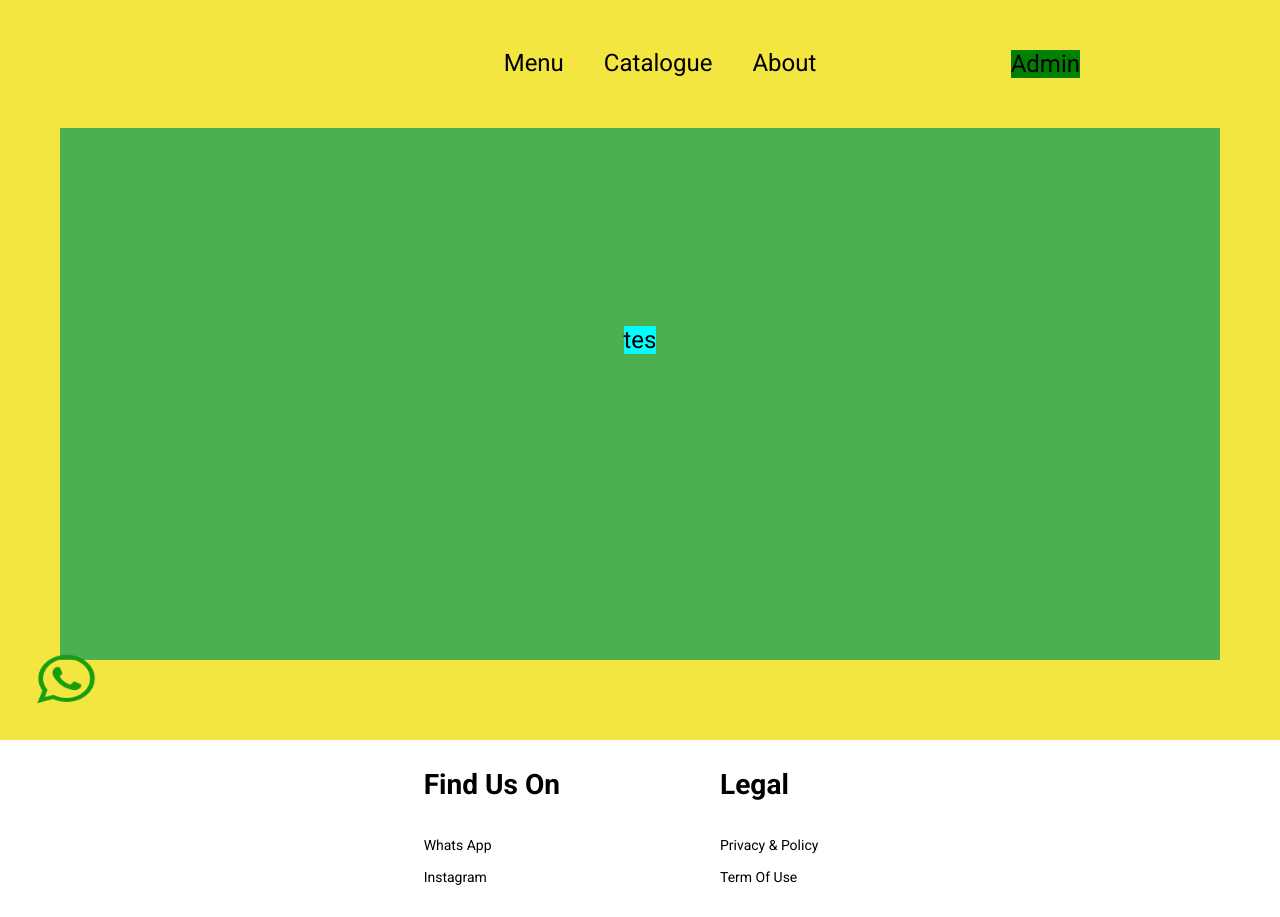
Repository: Fauzaanmhmd/Skripsi
Page: /about
The author's editor kept a copy of each file at every save. The page is drawn from the files as they stood at one save, then again after the next save.
The browser window is 1280 px wide. The pictures show the whole page.
The project was rebuilt for these pictures with package versions that can differ from the ones it lists, and the page was loaded fresh each time. The framework's server and built-in components were replaced by stand-ins that run in the browser. Also part of the build but not shown: next.config.js, components/background.js.

Above is the page before, as saved 2021-06-01 09:32:01.

### pages/about/index.js
import Layout from "../../components/Layout"

export default function About({ recipes }) {
    return (
        <Layout>
            <div className="admin">
                <div className="admin_container">
                    tes
                </div>
            </div>
        </Layout>

    )
}

### styles/globals.css
@import url('https://fonts.googleapis.com/css2?family=Roboto:ital,wght@0,100;0,300;0,400;0,500;0,700;0,900;1,100;1,300;1,400;1,500;1,700;1,900&display=swap');

body {
  background: #F4E640;
  margin: 0;
  font-family: 'Roboto';
  font-size: 1.5em;
}
.layout {
  min-height: 100vh;
  display: flex;
  flex-direction: column;
}
header {
  text-align: center;
}
header a {
  text-decoration: none;
  color: black;
  text-transform: uppercase;
  display: inline-block;
}
header h1, header h2 {
  margin: 0;
}
header span {
  display: block;
  line-height: 1em;
}
header span:first-child {
  font-size: 1em;
  font-weight: 400;
}
header span:last-child {
  font-size: 1.5em;
  font-weight: 800;
}
header h2 {
  font-size: 1.2em;
  font-weight: 400;
}

.page-content {
  max-width: 1200px;
  margin: 20px auto 80px;
  padding: 0 20px;
  width: 100%;
  box-sizing: border-box;
}

ul{
  list-style-type: none;
  display: flex;
}

.ul_foot {
  display: flex;
  flex-direction: column;
  width: 100%;
}

.socmed {
  display: fixed;
  flex-direction: column;
  bottom: 0;
  left: 0;

}

.ul_foot > li {
  border-bottom: none;
}

.ul_foot >li:hover {
  border-bottom: none;
}
li {
  margin: 20px;
  cursor: pointer;
  border-bottom: 2px solid #F4E640;
}
li:hover {
background-color: transparent;
border-bottom: 2px solid black;
}
.navimg{
  position: absolute;
  left: 20px;
}
.zoom:hover {
  -ms-transform: scale(1.5); /* IE 9 */
  -webkit-transform: scale(1.5); /* Safari 3-8 */
  transform: scale(1.5);
  transition: transform .9s;
}

img {
  width: 550px;
  height: 380px;
  margin: 10px 0 0 0;
  padding: 10px 20px 0px 20px;
  display: flex;
  justify-content: center;
  align-items: center;
  position: relative;
  cursor: pointer;
}

img:hover {
  -ms-transform: scale(1.1); /* IE 9 */
  -webkit-transform: scale(1.1); /* Safari 3-8 */
  transform: scale(1.1);
  transition: transform .9s;
}

.image {
  display: grid;
  grid-template-columns: repeat(2,minmax(0,1fr));
  grid-gap: 5rem;
}

.img_product{
  width: 550px;
  height: 380px;
  margin: auto;
  margin-top: 150px;
  padding: 10px 20px 0px 20px;
  display: flex;
  justify-content: center;
  align-items: center;
  position: relative;
  cursor: pointer;
}

.button {
  cursor : pointer;
  margin: 0 30px;
  padding: 0 20px;
  width: 100px;
}

.button {
  cursor: pointer;
  border-bottom-width: 2px;
  background-color: #4CAF50;
  color: white;
  padding: 12px 20px;
  border: none;
  border-radius: 4px;
  cursor: pointer;
  float: center;
}

.img-bg {
  display: flex;
  background-color: white;
  flex-direction: column;
  justify-content: center;
  align-items: center;
  width: 65%;
  height: 150px;
  margin: -30px 130px 40px 130px;
  grid-template-columns: repeat(2,minmax(0,1fr));
}

.zoom-dropdown:hover {
  -ms-transform: scale(1.5); /* IE 9 */
  -webkit-transform: scale(1.5); /* Safari 3-8 */
  transform: scale(1.5);
  transition: transform .9s;
}

.zoom_wrapper {
  margin-top: 120px;
  width: 100%;
  text-align: center;
}

.form_catalogue {
  display: flex;
  background-color: white;
  flex-direction: column;
  justify-content: center;
  align-items: center;
  width: 100%;
  height: auto;
  margin: 20px 130px 140px 0px;
  border-radius: 20px;
}

section {
  background-color: white;
  padding: 1rem 1rem;
  border-radius: 20px;
}
.input-field {
  background:rgba(255,255,255,0.1);
  margin-bottom:10px;
  margin-top:3px;
  line-height:1.5em;
  font-size:20px;
  font-size:1.3rem;
  border:none;
  padding:5px 10px 5px 10px;
  color:black;
  box-sizing:border-box;
  width:100%;
  margin-left:auto;
  margin-right:auto;
}

* {
  box-sizing: border-box;
}

input[type=text], select, textarea {
  width: 100%;
  padding: 12px;
  border: 1px solid #ccc;
  border-radius: 4px;
  resize: vertical;
}

label {
  padding: 12px 12px 12px 0;
  display: inline-block;
}

input[type=submit] {
  background-color: #4CAF50;
  color: white;
  padding: 12px 20px;
  border: none;
  border-radius: 4px;
  cursor: pointer;
  float: right;
}

input[type=submit]:hover {
  background-color: #45a049;
}

.container {
  border-radius: 5px;
  background-color: #f2f2f2;
  padding: 20px;
}

.col-25 {
  float: left;
  width: 25%;
  margin-top: 6px;
}

.col-75 {
  float: left;
  width: 75%;
  margin-top: 6px;
}

/* Clear floats after the columns */
.row:after {
  content: "";
  display: table;
  clear: both;
}

.form {
  text-align: center;
  margin-top: 130px;
}

.form_button {
  border-bottom-width: 2px;
  background-color: #4CAF50;
  color: white;
  padding: 12px 20px;
  border: none;
  border-radius: 4px;
  cursor: pointer;
  float: right;
}

.swal-title {
  margin: 0px;
  font-size: 16px;
  box-shadow: 0px 1px 1px rgba(0, 0, 0, 0.21);
  margin-bottom: 28px;
}


.navbar {
  display: flex;
  justify-content: center;
  padding: 5px 20px;
  align-items: center;
  background-color: #F4E640;
  flex-direction: column-reverse;
  position: fixed;
  z-index: 999;
  width: 100%;
}

/* footer {
  background: white;
  color: black;
  padding: 40px;
  text-align: center;
  display: flex;
  align-items: center;
  width: 100%;
  justify-content: space-around
} */
footer {
  display: flex;
  justify-content: center;
  background-color: white;
}

.footer_inner {
  display: grid;
  grid-template-columns: repeat(2, minmax(0, 1fr));
  grid-gap: 10rem;
}

.footer_list{
  display: flex;
  flex-direction: column;
  padding-left: 0;
}

.footer_listItem {
  margin: .5rem 0;
  font-size: 14px;
  border-bottom: none;
}

.footer_list a {
  text-decoration: none;
  color: black;
}
.icon_wa {
  position: fixed;
  z-index: 99999;
  bottom: 16px;
  left: 16px;
}

.icon_waImg {
  height: 60px;
  width: 100px;
  background-color: transparent;
}

.content a {
  background-color: #45a049;
  padding: 10px 20px;
  border-radius: 30px;
  color: black;
  text-decoration: none;
  width: fit-content;
}

.content {
  float: left;
  padding: 10px;
  text-decoration: none;
}

.socmed a {
  margin: 10px;
}

.modal {
  display: flex;
  justify-content: center;
  align-items: center;
  position: fixed;
  top: 0;
  right: 0;
  bottom: 0;
  background-color: #0000009c;
  left: 0;
  z-index: 1000;
}

.modal_container{
  width: 500px;
  height: 100px;
  padding-left: -5px;
  background-color: white;
  border-radius: 6px;
  position: relative;
  text-align: center;
  padding-top: 15px;
  padding-right: 60px;
  font-size: 22px;
}

.button_click {
  position: absolute;
  top: 1rem;
  right: 2rem;
  cursor: pointer;
}

.fa-check-square:before {
  position: relative;
  right: 0;
  content: "\f14a";
  font-size: 60px;
  color: #45a049;
}

.background {
  display: flex;
  padding: 20px 20px;
}

.background_judul {
  display: flex;
  justify-content: center;
  align-items: center;
  width: 50%;
}

.bg_img {
  margin-top: 100px;
  width: 99vw;
  position: relative;
}

.bg_text {
  background-color: transparent;
}

@media screen and (max-width: 765px) {
  .image {
    grid-template-columns: repeat(1,minmax(0,1fr));
    grid-gap: 5rem;
  }
  .footer_inner {
  grid-template-columns: repeat(1, minmax(0, 1fr));
  grid-gap: 10rem;
  }

  .img {
    width: 225px;
    height: 190px;
  }

  .image_wrapper {
    display: flex;
    align-items: center;
    justify-content: center;
    flex-direction: column;
  }

  .bg_img {
    width: 100vw;
    height: auto;
    display: flex;
    align-items: center;
    justify-content: center;
  }
}

.admin {
  display: flex;
  justify-content: center;
  align-items: center;
  width: 100%;
  height: 50vw;
  background-color: #4CAF50;
}

.admin_container {
  background-color: aqua;
}

.navbar_admin {
  position: absolute;
  background-color: green;
  right: 200px;
}

### components/Layout.js
import Link from 'next/link'
import Navbar from './Navbar'
import Background from './background'

export default function Layout({ children, withBackground, judul }) {

  return (
    <div className="layout">
      <header>
        <Navbar />
      </header>

      {
        withBackground &&
        <>
          <Background />
          {
            judul
          }
        </>
      }

      <div className="page-content">
        {children}
      </div>

      <footer>
        <div className="footer_inner">
          <div className="footer_item">
            <h3>Find Us On</h3>
            <ul className="footer_list">
              <a target="blank" href="https://wa.link/74wpl7">
                <li className="footer_listItem">Whats App</li>
              </a>
              <a target="blank" href="http://www.instagram.com/fauzaan.mhmd/">
                <li className="footer_listItem">Instagram</li>
              </a>
            </ul>
          </div>
          <div className="footer_item">
            <h3>Legal</h3>
            <ul className="footer_list">
              <Link href={`/catalogue/privacypolicy`}>
                <li className="footer_listItem">Privacy & Policy</li>
              </Link>
              <Link href={`/catalogue/termofuse`}>
                <li className="footer_listItem">Term Of Use</li>
              </Link>
            </ul>
          </div>
        </div>
        <div className="icon_wa">
          <a target="blank" href="https://wa.link/74wpl7">
            <img className="icon_waImg" src="/img/wa.png" alt="" />
          </a>
        </div>
      </footer>
    </div >
  )
}

### components/Navbar.js
import Link from 'next/link'

const Navbar = props => {
    return (
        <div className="navbar">
            <ul className="navbar_menu">
                <Link href="/">
                    <li className="zoom">Menu</li>
                </Link>
                <Link href="/catalogue">
                    <li className="zoom-dropdown">Catalogue</li>
                </Link>
                <Link href="/about">
                    <li className="zoom">About</li>
                </Link>
            </ul>
            <div className="navbar_admin">Admin</div>
        </div>
    )
}

export default Navbar

Loaded but not shown: pages/_app.js (common file)

After the next save:
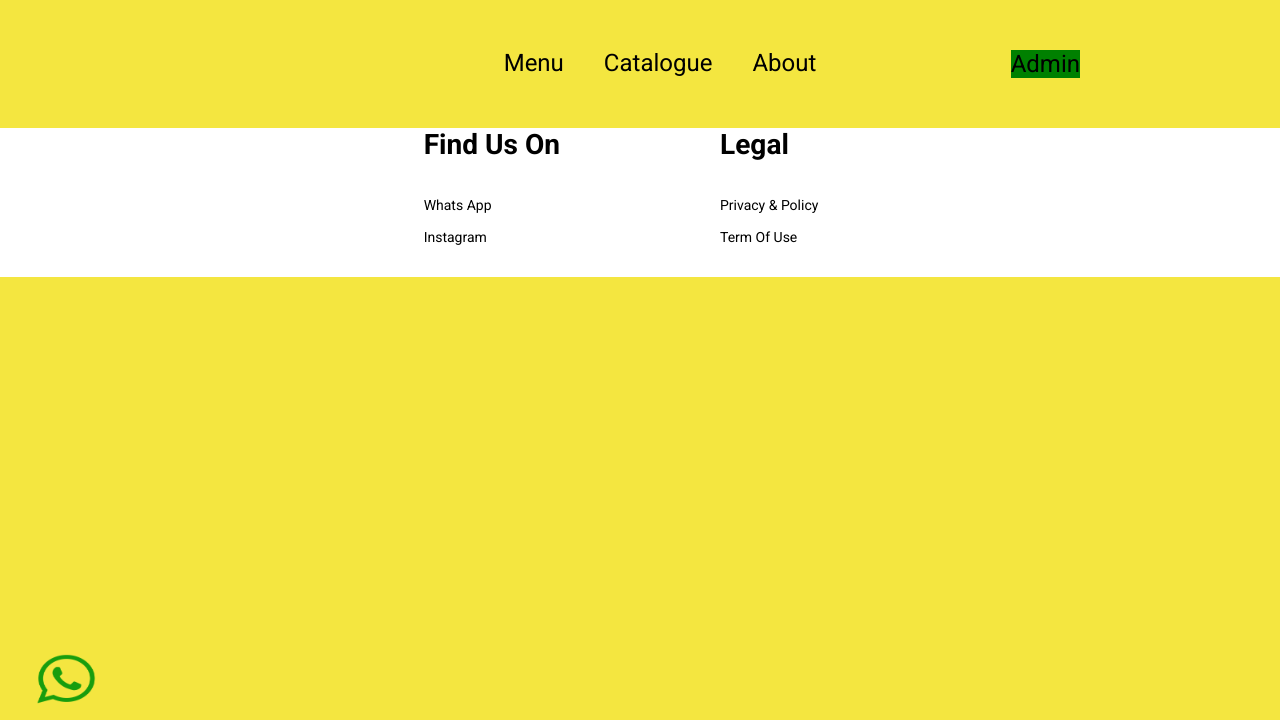
Saved 5 min 1 s later.
--- a/pages/about/index.js
+++ b/pages/about/index.js
@@ -3,11 +3,7 @@
 export default function About({ recipes }) {
     return (
         <Layout>
-            <div className="admin">
-                <div className="admin_container">
-                    tes
-                </div>
-            </div>
+
         </Layout>
 
     )
